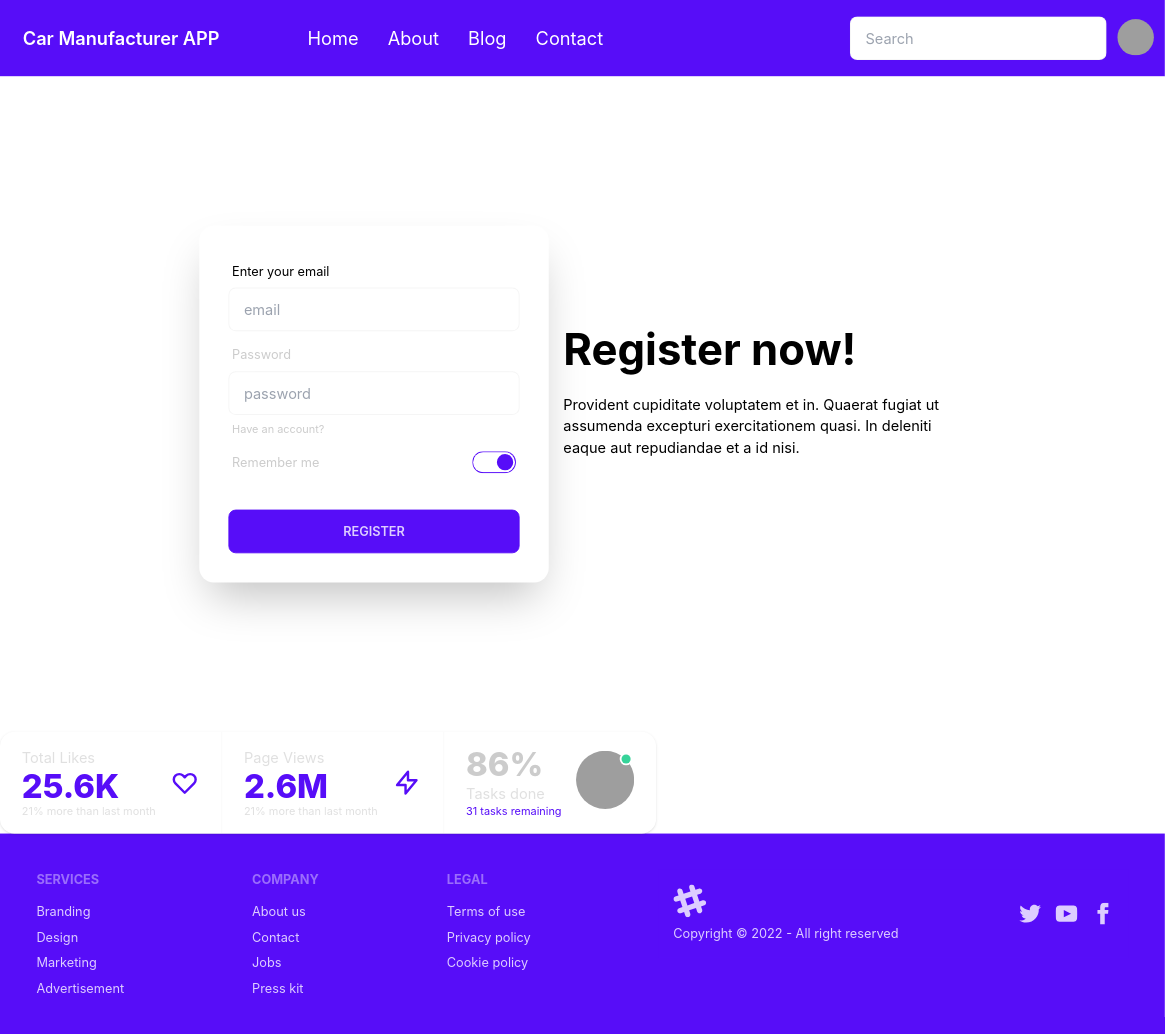
Repository: devsajid/car-manufacturer-app
Page: /register
These files come from the project's save history. The page is drawn as it stood at one moment and after the next save; the edit follows.
The browser window is 1280 px wide. The pictures show the whole page, at 91% of full size.
Pictures or frames that could not be fetched are drawn as grey boxes. The project was rebuilt for these pictures with package versions that can differ from the ones it lists, and the page was loaded fresh each time. Also part of the build but not shown: src/App.css, src/Pages/Home/Home.js, src/Pages/About/About.js, src/Pages/Blog/Blog.js, src/Pages/Contact/Contact.js, src/Pages/Register/Login/Login.js.

Above is the page before, as saved 2022-05-23 00:01:34.

### src/App.js
import "./App.css";
import Navbar from "./SharedComponents/Navbar/Navbar";
import Home from "./Pages/Home/Home";
import About from "./Pages/About/About";
import Blog from "./Pages/Blog/Blog";
import { Routes, Route } from "react-router-dom";
import Contact from "./Pages/Contact/Contact";
import Register from "./Pages/Register/Register";
import Login from "./Pages/Register/Login/Login";
import Footer from "./SharedComponents/Footer/Footer";
import Portfolio from "./Pages/Portfolio/Portfolio";

function App() {
  return (
    <div>
      <Navbar></Navbar>
      <Routes>
        <Route path="/" element={<Home />} />
        <Route path="about" element={<About />} />
        <Route path="blog" element={<Blog />} />
        <Route path="contact" element={<Contact />} />
        <Route path="register" element={<Register />} />
        <Route path="login" element={<Login />} />
      </Routes>
      <Portfolio></Portfolio>
      <Footer></Footer>
    </div>
  );
}

export default App;

### src/SharedComponents/Navbar/Navbar.js
import React from "react";
import { Link } from "react-router-dom";

const Navbar = () => {
  return (
    <div>
      <div class="navbar bg-neutral text-base-100">
        <div class="navbar-start text-base-100">
          <div class="dropdown">
            <label tabindex="0" class="btn btn-ghost lg:hidden">
              <svg
                xmlns="http://www.w3.org/2000/svg"
                class="h-5 w-5"
                fill="none"
                viewBox="0 0 24 24"
                stroke="currentColor"
              >
                <path
                  stroke-linecap="round"
                  stroke-linejoin="round"
                  stroke-width="2"
                  d="M4 6h16M4 12h8m-8 6h16"
                />
              </svg>
            </label>
            <ul
              tabindex="0"
              class="menu menu-compact dropdown-content mt-3 p-2 shadow bg-neutral base-100 rounded-box w-100"
            >
              <li>
                <a>Home</a>
              </li>
              <li>
                <a>About</a>
              </li>
              <li>
                <a>Blog</a>
              </li>
              <li>
                <a>Contact</a>
              </li>
            </ul>
          </div>
          <a className="btn btn-ghost bg- normal-case text-base-100 text-xl">
            Car Manufacturer APP
          </a>
        </div>
        <div class="navbar hidden lg:flex">
          <ul class="menu menu-horizontal text-xl p-0">
            <li>
              <Link to="/">Home</Link>
            </li>

            <li>
              <Link to="/about">About</Link>
            </li>
            <li>
              <Link to="/blog">Blog</Link>
            </li>
            <li>
              <Link to="/contact">Contact</Link>
            </li>
          </ul>
        </div>
        <div class="flex-none gap-2">
          <div class="form-control">
            <input
              type="text"
              placeholder="Search"
              class="input input-bordered"
            />
          </div>
          <div class="dropdown dropdown-end navbar-end">
            <label tabindex="0" class="btn btn-ghost btn-circle avatar">
              <div class="w-10 rounded-full">
                <img src="https://api.lorem.space/image/face?hash=33791" />
              </div>
            </label>
            <ul
              tabindex="0"
              class="mt-3 p-2 shadow menu menu-compact dropdown-content bg-neutral base-100 rounded-box w-52"
            >
              <li>
                <a class="justify-between">
                  Profile
                  <span class="badge">New</span>
                </a>
              </li>
              <li>
                <Link to="/register">Register</Link>
              </li>
              <li>
                <a>Logout</a>
              </li>
            </ul>
          </div>
        </div>
      </div>
    </div>
  );
};

export default Navbar;

### src/Pages/Register/Register.js
import React from "react";
import { Link } from "react-router-dom";

const Register = () => {
  return (
    <div>
      <div class="hero min-h-screen bg-base-100">
        <div class="hero-content flex-col lg:flex-row-reverse">
          <div class="text-center lg:text-left" style={{ width: "30rem" }}>
            <h1 class="text-5xl font-bold text-black">Register now!</h1>
            <p class="py-6 text-black">
              Provident cupiditate voluptatem et in. Quaerat fugiat ut assumenda
              excepturi exercitationem quasi. In deleniti eaque aut repudiandae
              et a id nisi.
            </p>
          </div>
          <div class="card flex-shrink-0 w-full max-w-sm shadow-2xl bg-base-100">
            <div class="card-body">
              <div class="form-control">
                {/* <label class="label text-black">
                  <span
                    class="label-text text-black"
                    placeholder="Enter your first name"
                  >
                    Enter your first name
                  </span>
                </label>
                <label class="label ">
                  <span
                    class="label-text text-black"
                    placeholder="Enter your last name"
                  >
                    Enter your last name
                  </span>
                </label> */}
                <label class="label ">
                  <span
                    class="label-text text-black"
                    placeholder="Enter your email"
                  >
                    Enter your email
                  </span>
                </label>
                <input
                  type="text"
                  placeholder="email"
                  class="input input-bordered text-black"
                />
              </div>
              <div class="form-control text-black">
                <label class="label">
                  <span class="label-text" placeholder="Enter your password">
                    Password
                  </span>
                </label>
                <input
                  type="text"
                  placeholder="password"
                  class="input input-bordered"
                />
                <label class="label">
                  <Link to="/login" class="label-text-alt link link-hover">
                    Have an account?
                  </Link>
                </label>
                <label class="label cursor-pointer">
                  <span class="label-text">Remember me</span>
                  <input
                    type="checkbox"
                    class="toggle toggle-primary"
                    checked
                  />
                </label>
              </div>
              <div class="form-control mt-6">
                <button class="btn btn-primary">Register</button>
              </div>
            </div>
          </div>
        </div>
      </div>
    </div>
  );
};

export default Register;

### src/SharedComponents/Footer/Footer.js
import React from "react";

const Footer = () => {
  return (
    <div>
      <footer class="footer p-10 bg-neutral text-neutral-content">
        <div>
          <span class="footer-title">Services</span>
          <a class="link link-hover">Branding</a>
          <a class="link link-hover">Design</a>
          <a class="link link-hover">Marketing</a>
          <a class="link link-hover">Advertisement</a>
        </div>
        <div>
          <span class="footer-title">Company</span>
          <a class="link link-hover">About us</a>
          <a class="link link-hover">Contact</a>
          <a class="link link-hover">Jobs</a>
          <a class="link link-hover">Press kit</a>
        </div>
        <div>
          <span class="footer-title">Legal</span>
          <a class="link link-hover">Terms of use</a>
          <a class="link link-hover">Privacy policy</a>
          <a class="link link-hover">Cookie policy</a>
        </div>

        <div class="footer items-center p-4 bg-neutral text-neutral-content">
          <div class=" items-center">
            <svg
              width="36"
              height="36"
              viewBox="0 0 24 24"
              xmlns="http://www.w3.org/2000/svg"
              fill-rule="evenodd"
              clip-rule="evenodd"
              class="fill-current"
            >
              <path d="M22.672 15.226l-2.432.811.841 2.515c.33 1.019-.209 2.127-1.23 2.456-1.15.325-2.148-.321-2.463-1.226l-.84-2.518-5.013 1.677.84 2.517c.391 1.203-.434 2.542-1.831 2.542-.88 0-1.601-.564-1.86-1.314l-.842-2.516-2.431.809c-1.135.328-2.145-.317-2.463-1.229-.329-1.018.211-2.127 1.231-2.456l2.432-.809-1.621-4.823-2.432.808c-1.355.384-2.558-.59-2.558-1.839 0-.817.509-1.582 1.327-1.846l2.433-.809-.842-2.515c-.33-1.02.211-2.129 1.232-2.458 1.02-.329 2.13.209 2.461 1.229l.842 2.515 5.011-1.677-.839-2.517c-.403-1.238.484-2.553 1.843-2.553.819 0 1.585.509 1.85 1.326l.841 2.517 2.431-.81c1.02-.33 2.131.211 2.461 1.229.332 1.018-.21 2.126-1.23 2.456l-2.433.809 1.622 4.823 2.433-.809c1.242-.401 2.557.484 2.557 1.838 0 .819-.51 1.583-1.328 1.847m-8.992-6.428l-5.01 1.675 1.619 4.828 5.011-1.674-1.62-4.829z"></path>
            </svg>
            <p>Copyright © 2022 - All right reserved</p>
          </div>
          <div class="grid-flow-col gap-4 md:place-self-center md:justify-self-end">
            <a>
              <svg
                xmlns="http://www.w3.org/2000/svg"
                width="24"
                height="24"
                viewBox="0 0 24 24"
                class="fill-current"
              >
                <path d="M24 4.557c-.883.392-1.832.656-2.828.775 1.017-.609 1.798-1.574 2.165-2.724-.951.564-2.005.974-3.127 1.195-.897-.957-2.178-1.555-3.594-1.555-3.179 0-5.515 2.966-4.797 6.045-4.091-.205-7.719-2.165-10.148-5.144-1.29 2.213-.669 5.108 1.523 6.574-.806-.026-1.566-.247-2.229-.616-.054 2.281 1.581 4.415 3.949 4.89-.693.188-1.452.232-2.224.084.626 1.956 2.444 3.379 4.6 3.419-2.07 1.623-4.678 2.348-7.29 2.04 2.179 1.397 4.768 2.212 7.548 2.212 9.142 0 14.307-7.721 13.995-14.646.962-.695 1.797-1.562 2.457-2.549z"></path>
              </svg>
            </a>
            <a>
              <svg
                xmlns="http://www.w3.org/2000/svg"
                width="24"
                height="24"
                viewBox="0 0 24 24"
                class="fill-current"
              >
                <path d="M19.615 3.184c-3.604-.246-11.631-.245-15.23 0-3.897.266-4.356 2.62-4.385 8.816.029 6.185.484 8.549 4.385 8.816 3.6.245 11.626.246 15.23 0 3.897-.266 4.356-2.62 4.385-8.816-.029-6.185-.484-8.549-4.385-8.816zm-10.615 12.816v-8l8 3.993-8 4.007z"></path>
              </svg>
            </a>
            <a>
              <svg
                xmlns="http://www.w3.org/2000/svg"
                width="24"
                height="24"
                viewBox="0 0 24 24"
                class="fill-current"
              >
                <path d="M9 8h-3v4h3v12h5v-12h3.642l.358-4h-4v-1.667c0-.955.192-1.333 1.115-1.333h2.885v-5h-3.808c-3.596 0-5.192 1.583-5.192 4.615v3.385z"></path>
              </svg>
            </a>
          </div>
        </div>
      </footer>
    </div>
  );
};

export default Footer;

### src/Pages/Portfolio/Portfolio.js
import React from "react";

const Portfolio = () => {
  return (
    <div>
      <div class="stats shadow">
        <div class="stat">
          <div class="stat-figure text-primary">
            <svg
              xmlns="http://www.w3.org/2000/svg"
              fill="none"
              viewBox="0 0 24 24"
              class="inline-block w-8 h-8 stroke-current"
            >
              <path
                stroke-linecap="round"
                stroke-linejoin="round"
                stroke-width="2"
                d="M4.318 6.318a4.5 4.5 0 000 6.364L12 20.364l7.682-7.682a4.5 4.5 0 00-6.364-6.364L12 7.636l-1.318-1.318a4.5 4.5 0 00-6.364 0z"
              ></path>
            </svg>
          </div>
          <div class="stat-title">Total Likes</div>
          <div class="stat-value text-primary">25.6K</div>
          <div class="stat-desc">21% more than last month</div>
        </div>

        <div class="stat">
          <div class="stat-figure text-secondary">
            <svg
              xmlns="http://www.w3.org/2000/svg"
              fill="none"
              viewBox="0 0 24 24"
              class="inline-block w-8 h-8 stroke-current"
            >
              <path
                stroke-linecap="round"
                stroke-linejoin="round"
                stroke-width="2"
                d="M13 10V3L4 14h7v7l9-11h-7z"
              ></path>
            </svg>
          </div>
          <div class="stat-title">Page Views</div>
          <div class="stat-value text-secondary">2.6M</div>
          <div class="stat-desc">21% more than last month</div>
        </div>

        <div class="stat">
          <div class="stat-figure text-secondary">
            <div class="avatar online">
              <div class="w-16 rounded-full">
                <img src="https://api.lorem.space/image/face?w=128&h=128" />
              </div>
            </div>
          </div>
          <div class="stat-value">86%</div>
          <div class="stat-title">Tasks done</div>
          <div class="stat-desc text-secondary">31 tasks remaining</div>
        </div>
      </div>
    </div>
  );
};

export default Portfolio;

### tailwind.config.js
module.exports = {
  content: ["./src/**/*.{js,jsx,ts,tsx}"],
  theme: {
    extend: {},
  },
  daisyui: {
    themes: [
      {
        mytheme: {
          primary: "#570DF8",

          secondary: "#570DF8",

          accent: "#F2F2F2",

          neutral: "#570DF8",

          info: "#3ABFF8",

          success: "#36D399",

          warning: "#FBBD23",

          error: "#F87272",
        },
      },
    ],
  },
  plugins: [require("daisyui")],
};

Loaded but not shown: public/index.html (common file); src/index.js (common file); src/index.css (common file); src/reportWebVitals.js (common file)

After the next save:
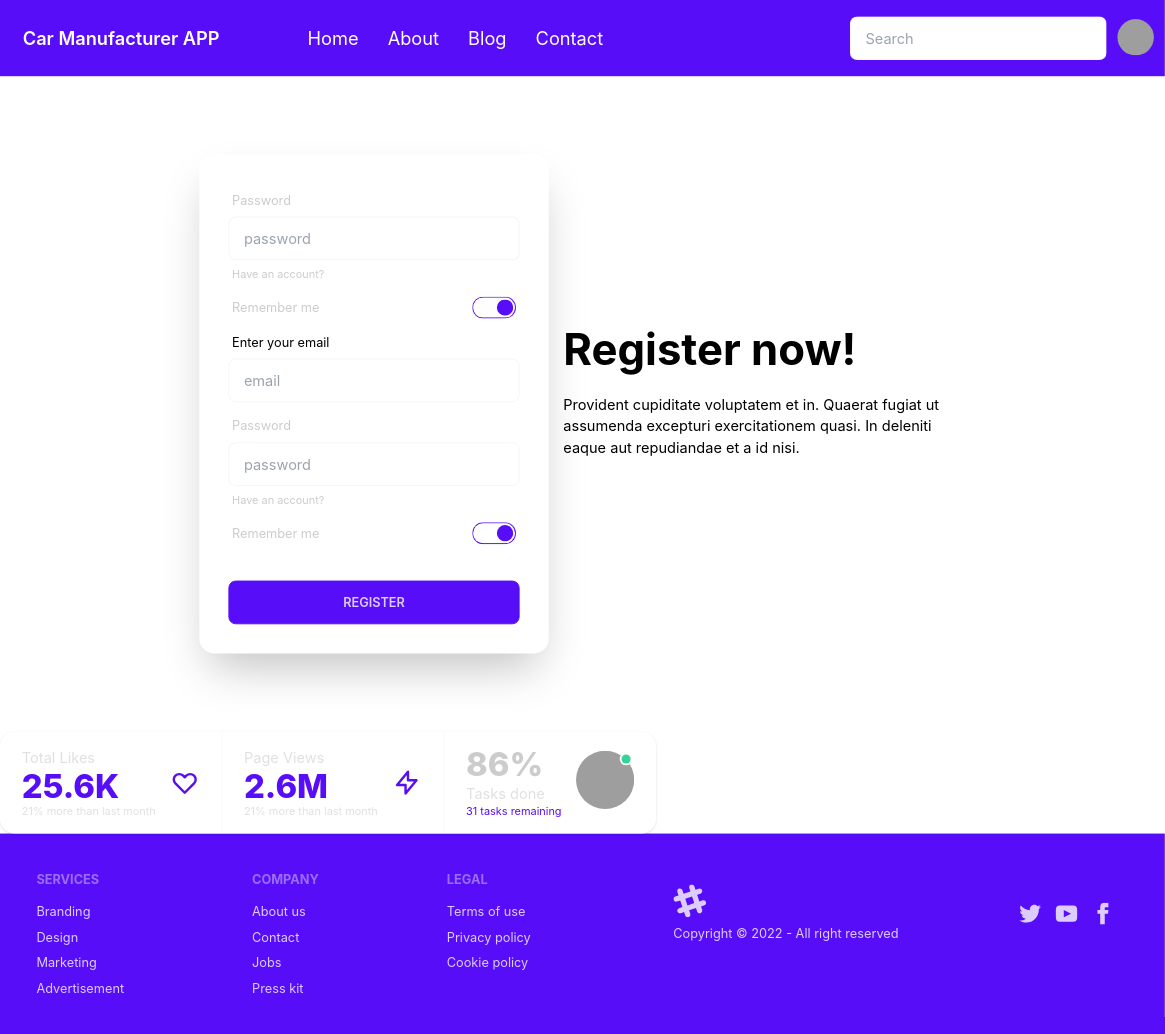
Saved 45 s later.
--- a/src/Pages/Register/Register.js
+++ b/src/Pages/Register/Register.js
@@ -17,7 +17,31 @@ const Register = () => {
           <div class="card flex-shrink-0 w-full max-w-sm shadow-2xl bg-base-100">
             <div class="card-body">
               <div class="form-control">
-                {/* <label class="label text-black">
+              <div class="form-control text-black">
+                <label class="label">
+                  <span class="label-text" placeholder="Enter your password">
+                    Password
+                  </span>
+                </label>
+                <input
+                  type="text"
+                  placeholder="password"
+                  class="input input-bordered"
+                />
+                <label class="label">
+                  <Link to="/login" class="label-text-alt link link-hover">
+                    Have an account?
+                  </Link>
+                </label>
+                <label class="label cursor-pointer">
+                  <span class="label-text">Remember me</span>
+                  <input
+                    type="checkbox"
+                    class="toggle toggle-primary"
+                    checked
+                  />
+                </label>
+              </div>{/* <label class="label text-black">
                   <span
                     class="label-text text-black"
                     placeholder="Enter your first name"
